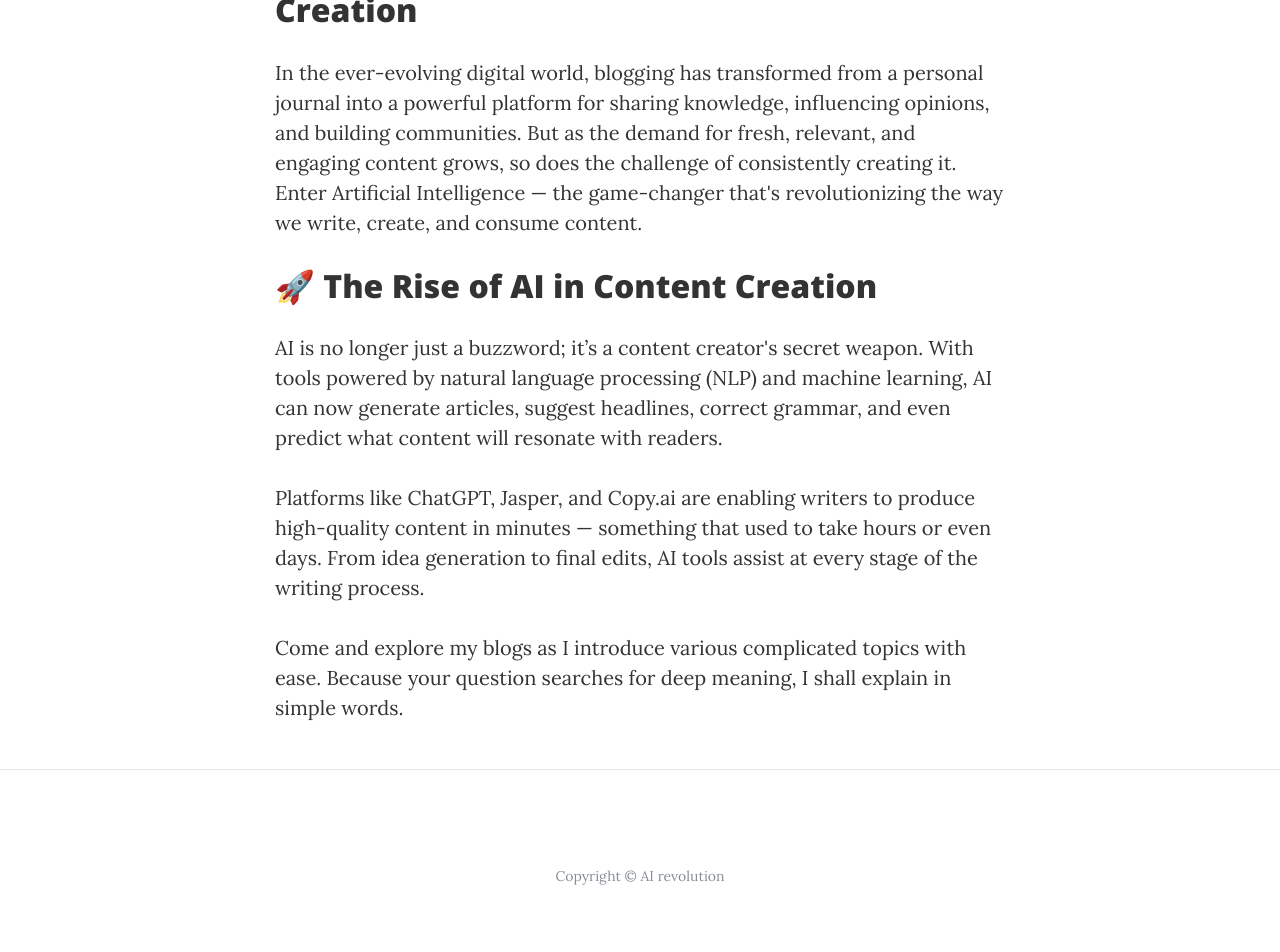
Repository: wahibkhannn/WriteWise-AI_blogging
Page: http://localhost/about
An editor plug-in stored every save of this project. The page is shown before and after a run of saves, followed by the edit.
The browser window is 1280 px wide. The pictures show the part of the page from y = 582 to 1534 px (the page is 1534 px tall).
Some web fonts or font styles are not loaded; a fallback is used. The page is served by the project's application, run on Flask 3 (app.py).

Above is the page before, as saved 2025-07-01 14:03:08.

After the next 2 saves:
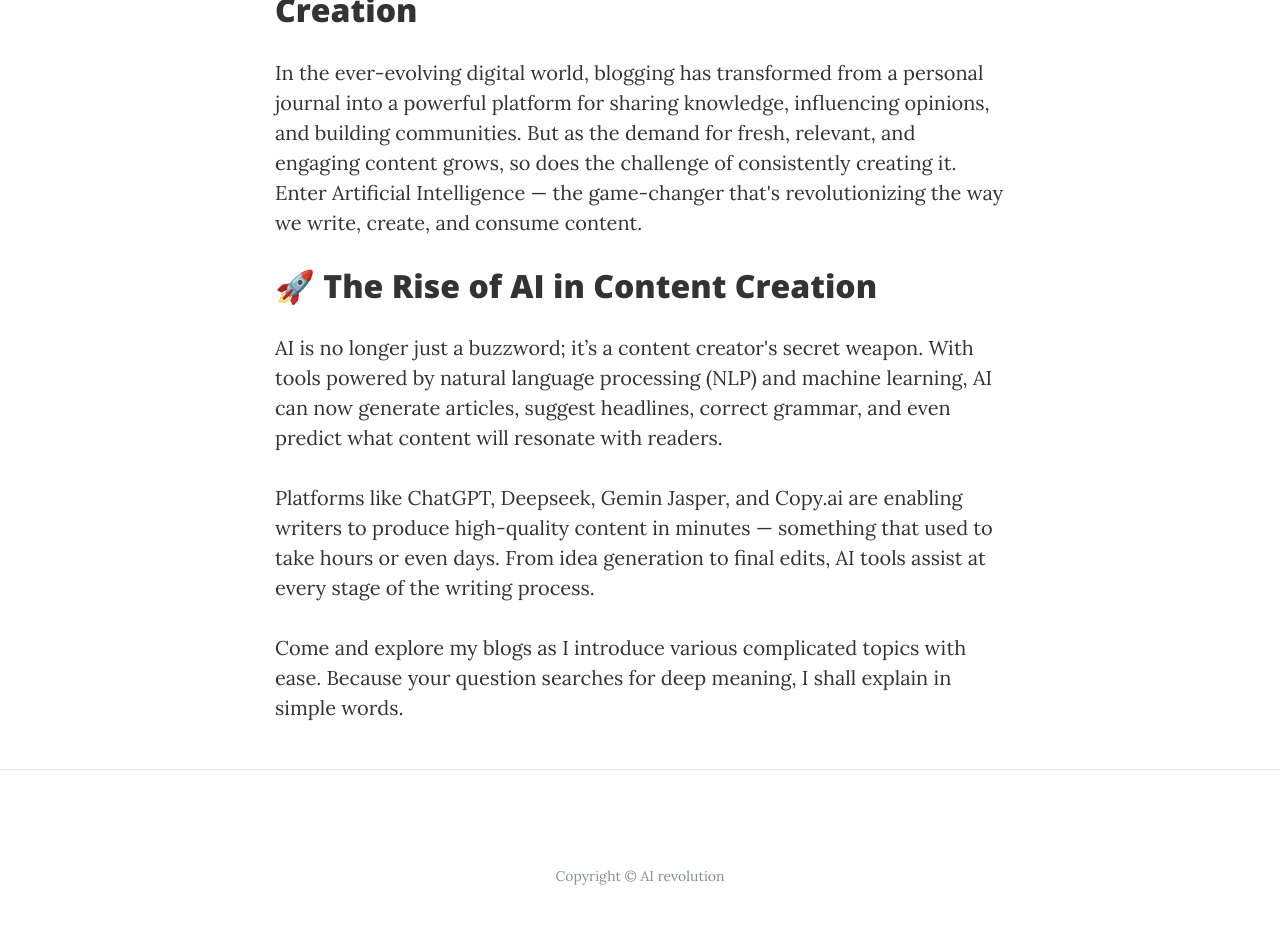
The 2 saves are shown as one change because they came seconds apart.
The last was saved 8 s later.
--- a/templates/about.html
+++ b/templates/about.html
@@ -78,7 +78,7 @@
         <h2>🚀 The Rise of AI in Content Creation</h2>
         <p>AI is no longer just a buzzword; it’s a content creator's secret weapon. With tools powered by natural language processing (NLP) and machine learning, AI can now generate articles, suggest headlines, correct grammar, and even predict what content will resonate with readers.</p>
 
-        <p>Platforms like ChatGPT,  Jasper, and Copy.ai are enabling writers to produce high-quality content in minutes — something that used to take hours or even days. From idea generation to final edits, AI tools assist at every stage of the writing process.</p>
+        <p>Platforms like ChatGPT, Deepseek, Gemin Jasper, and Copy.ai are enabling writers to produce high-quality content in minutes — something that used to take hours or even days. From idea generation to final edits, AI tools assist at every stage of the writing process.</p>
         <p>Come and explore my blogs as I introduce various complicated topics with ease. Because your question searches
           for deep meaning, I shall explain in simple words.</p>
       </div>
